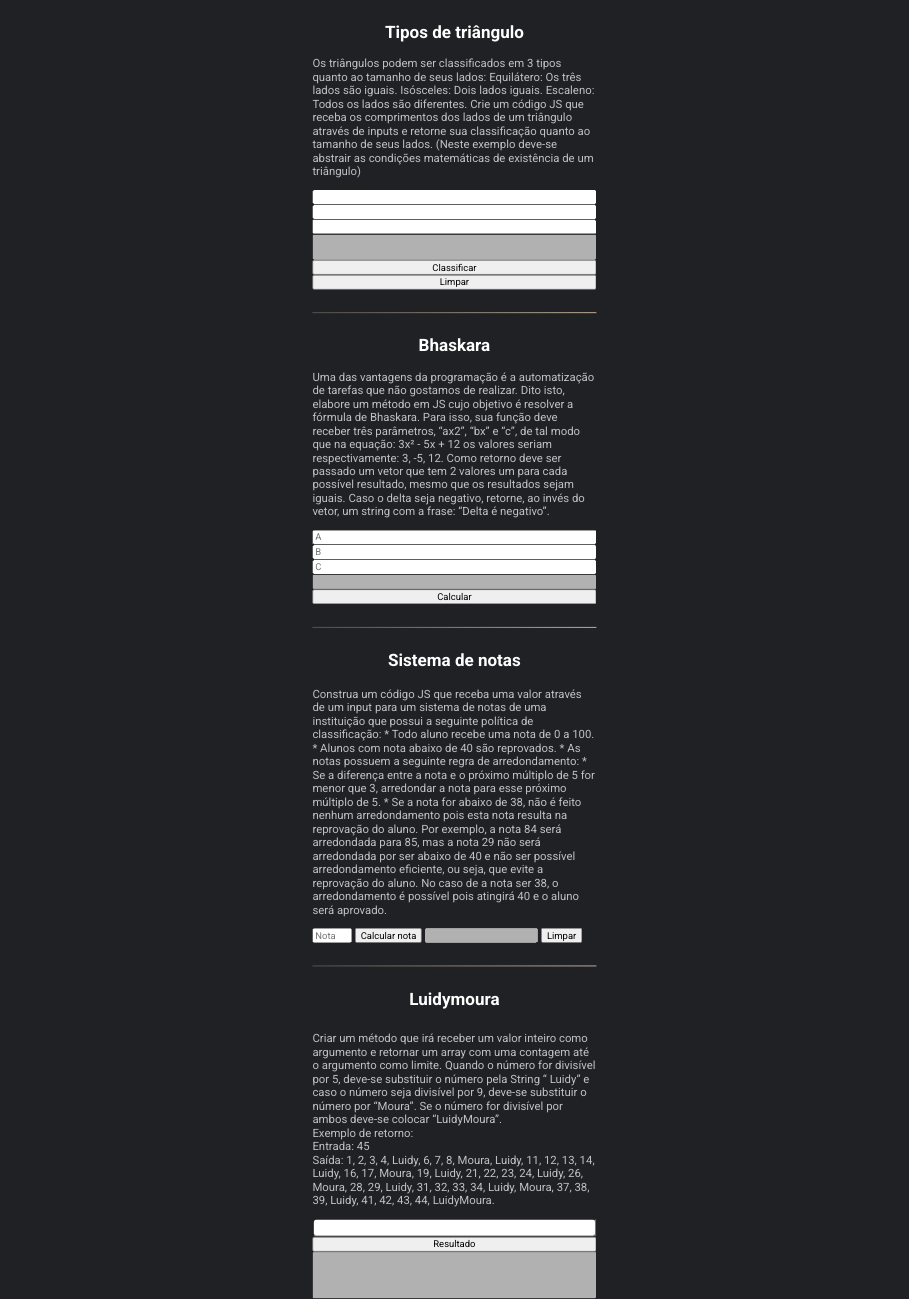
Repository: viviij/Fun-es-Simples-JavaScript
Page: index.html
The author's editor kept a copy of each file at every save. The page is drawn from the files as they stood at one save, then again after the next save.
The browser window is 1280 px wide. The pictures show the whole page, at 71% of full size.

Above is the page before, as saved 2022-08-26 21:22:57.

### index.html
<!DOCTYPE html>
<html lang="ptBR">
  <head>
    <meta charset="UTF-8">
    <link rel="preconnect" href="https://fonts.gstatic.com" crossorigin>
    <link rel="preconnect" href="https://fonts.googleapis.com">
    <meta http-equiv="X-UA-Compatible" content="IE=edge">
    <meta name="viewport" content="width=device-width, initial-scale=1.0">

    <link href="https://fonts.googleapis.com/css2?family=Roboto:wght@400;700&display=swap" rel="stylesheet">

    <link rel="stylesheet" href="styles.css">
    <title>Prova C3C</title>
  </head>
  <body>
    <div class="container">
      <section class="tipos_de_Triângulo">
        <header>
          <h1>Tipos de triângulo</h1>
          <p>
            Os triângulos podem ser classificados em 3 tipos quanto ao tamanho de seus lados:

            Equilátero: Os três lados são iguais.
            Isósceles: Dois lados iguais.
            Escaleno: Todos os lados são diferentes.

            Crie um código JS que receba os comprimentos dos lados de um triângulo através de inputs e retorne sua classificação quanto ao tamanho de seus lados. (Neste exemplo deve-se abstrair as condições matemáticas de existência de um triângulo)
          </p>

        </header>
        <div class="main">
          <input type="number" name="trianguloLado1" id="trianguloLado1"/>
          <input type="number" name="trianguloLado2" id="trianguloLado2"/>
          <input type="number" name="trianguloLado3" id="trianguloLado3"/>

          <textarea type="text" name="tipoDeTriangulo" id="tipoDeTriangulo" style="resize: none" disabled></textarea>

          <button id="classificacaoTriangulo">Classificar</button>
          <button id="limparInputBotao">Limpar</button>
        </div>
      </section>

      <div class="linhaDeDivisaoDasQuestoes"></div>

      <section class="Bhaskara">
        <header>
          <h2>Bhaskara</h2>
          <p>Uma das vantagens da programação é a automatização de tarefas que não gostamos de realizar. Dito isto, elabore um método em JS cujo objetivo é resolver a fórmula de Bhaskara.

            Para isso, sua função deve receber três parâmetros, “ax2”, “bx” e “c”, de tal modo que na equação: 3x² - 5x + 12 os valores seriam respectivamente: 3, -5, 12.

            Como retorno deve ser passado um vetor que tem 2 valores um para cada possível resultado, mesmo que os resultados sejam iguais.

            Caso o delta seja negativo, retorne, ao invés do vetor, um string com a frase: “Delta é negativo”.</p>
        </header>
        <div class="main">
          <input type="number" name="bhaskaraValorA" id="bhaskaraValorA" placeholder="A"/>
          <input type="number" name="bhaskaraValorB" id="bhaskaraValorB" placeholder="B"/>
          <input type="number" name="bhaskaraValorC" id="bhaskaraValorC" placeholder="C"/>

          <input type="text" name="resultadoBhaskara" id="resultadoBhaskara" disabled/>
          <button id="calcularBhaskara">Calcular</button>
        </div>
      </section>

      <div class="linhaDeDivisaoDasQuestoes"></div>

      <section class="Sistema de Notas">
        <header>
          <h3>Sistema de notas</h3>
          <p>Construa um código JS que receba uma valor através de um input para um sistema de notas de uma instituição que possui a seguinte política de classificação:

          * Todo aluno recebe uma nota de 0 a 100.
          * Alunos com nota abaixo de 40 são reprovados.
          * As notas possuem a seguinte regra de arredondamento:
            * Se a diferença entre a nota e o próximo múltiplo de 5 for menor que 3, arredondar a nota para esse próximo múltiplo de 5.
            * Se a nota for abaixo de 38, não é feito nenhum arredondamento pois esta nota resulta na reprovação do aluno.

          Por exemplo, a nota 84 será arredondada para 85, mas a nota 29 não será arredondada por ser abaixo de 40 e não ser possível arredondamento eficiente, ou seja, que evite a reprovação do aluno.
          No caso de a nota ser 38, o arredondamento é possível pois atingirá 40 e o aluno será aprovado.</p>
        </header>
        <div class="main">
          <input type="number" name="notaRecebida" id="notaRecebida"  min="0" max="100" placeholder="Nota"/>
          <button id="calcularNota">Calcular nota</button>

          <input type="text" name="arredondamentoNota" id="arredondamentoNota" disabled/>
          <button id="limparNota">Limpar</button>
        </div>
      </section>

      <div class="linhaDeDivisaoDasQuestoes"></div>

      <section class="LuidyMoura">
        <header>
          <h4>Luidymoura</h4>
          <p>Criar um método que irá receber um valor inteiro como argumento e retornar um array com uma contagem até o argumento como limite.

          Quando o número for divisível por 5, deve-se substituir o número pela String “ Luidy” e caso o número seja divisível por 9, deve-se substituir o número por  “Moura”.
          Se o número for divisível por ambos deve-se colocar “LuidyMoura”.
          <br/>
          Exemplo de retorno:
          <br/>

          Entrada:
          45
          <br/>

          Saída:
          1, 2, 3, 4, Luidy, 6, 7, 8, Moura, Luidy, 11, 12, 13, 14, Luidy, 16, 17, Moura, 19, Luidy, 21, 22, 23, 24, Luidy, 26, Moura, 28, 29, Luidy, 31, 32, 33, 34, Luidy, Moura, 37, 38, 39, Luidy, 41, 42, 43, 44, LuidyMoura.</p>
        </header>
        <div class="main">
          <input type="number" name="valorLuidyMoura" id="valorLuidyMoura">
          <button id="calculoLuidyMoura">Resultado</button>
          <textarea type="form" name="resultadoLuidyMoura" id="resultadoLuidyMoura" style="resize: none" disabled></textarea>
        </div>
      </section>
    </div>
    <script src="./js/tipos_de_triangulo.js"></script>
    <script src="./js/sistema_de_notas.js"></script>
    <script src="./js/luidymoura.js"></script>
    <script src="./js/bhaskara.js"></script>
  </body>
</html>

### styles.css
body {
  margin: 0;
  padding: 0;
  box-sizing: border-box;
  background: var(--background-color);
  display: flex;
  justify-content: center;
  font-family: 'Roboto', sans-serif;
  font-weight: 400;
}

body h1,
h2,
h3,
h4,
h5,
h6,
h7,
h8 {
  font-family: 'Roboto', sans-serif;
  font-weight: 700;
}

button,
input,
textarea,
select {
  outline: 0;
  font-family: 'Roboto', sans-serif;
  font-weight: 400;
}

a {
  text-decoration: none;
}

ul {
  list-style: none;
}

:root {
  /*CORES GLOBAIS*/
  --text-color: #bdc1c6;
  --background-color: #202124;
  --title-color: #ffffff;

}

.container section {
  max-height: auto;
  max-width: 400px;
}

section {
  color: var(--text-color);
  margin-top: 2rem;
}

.linhaDeDivisaoDasQuestoes {
  margin: 2rem 0;
}

.container .linhaDeDivisaoDasQuestoes {
  height: 1px;
  background: linear-gradient(270deg,
      hsla(33, 100%, 88%, 1) 0%,
      hsla(33, 65%, 88%, 0.34) 100%);
}

section h1,
h2,
h3,
h4,
h5 {
  display: flex;
  justify-content: center;
  font-size: 1.5rem;
  color: var(--title-color);
}

/*Tipos_de_Triângulo QUESTAO 1*/

.tipos_de_Triângulo .main {
  display: flex;
  flex-direction: column;
}


#trianguloLado1,
#trianguloLado2,
#trianguloLado3 {
  text-align: center;
}

.container .questao_2 {}

/*Bhaskara QUESTAO 2*/
.Bhaskara .main {
  display: flex;
  flex-direction: column;
}

/*Sistema de notas QUESTAO 3*/


/*LuidyMoura QUESTAO 4*/
.LuidyMoura .main {
  display: flex;
  flex-direction: column;
}

#tipoDeTriangulo {
  text-align: center;
}

#valorLuidyMoura {
  height: 20px;
  width: auto;
  box-shadow: none;
  border-radius: 5px;
  text-align: center;
}

#calculoLuidyMoura {
  width: 100%;
}

#resultadoLuidyMoura {
  height: 60px;

}

### js/tipos_de_triangulo.js
//Selecionando itens do HTML
const trianLado1 = document.querySelector("#trianguloLado1");
const trianLado2 = document.querySelector("#trianguloLado2");
const trianLado3 = document.querySelector("#trianguloLado3");
const tipoDeTrian = document.querySelector("#tipoDeTriangulo");
const classTrian = document.querySelector("#classificacaoTriangulo") ;
const limparInput = document.querySelector("#limparInputBotao");
//Marcar "erro" caso alguma resposta nao seja preenchida
trianLado1.onblur = () => {
  if(trianLado1.value == "") {
    trianLado1.style = "border-color: #aa0044";
  }else{
    trianLado1.style = "color: #000000";
  }
}

trianLado2.onblur = () => {
  if(trianLado2.value == "") {
    trianLado2.style = "border-color: #aa0044";
  }else{
    trianLado2.style = "color: #000000";
  }
}

trianLado3.onblur = () => {
  if(trianLado3.value == "") {
    trianLado3.style = "border-color: #aa0044";
  }else{
    trianLado3.style = "color: #000000";
  }
}

//Limpar input apos clicar no botao Limpar
limparInput.onclick = () => {
  trianLado1.value = "";
  trianLado2.value = "";
  trianLado3.value = "";
  tipoDeTrian.value = "";
}

//Classificar o tipo de triangulo apos clicar no botao Classificar
classTrian.onclick = () => {
  //Dar foco no input vazio
  if (trianLado1.value == "" && trianLado2.value != "" && trianLado3.value != "") {
    trianLado1.focus();
  }else if (trianLado2.value == "" && trianLado1.value != "" && trianLado3.value != "") {
    trianLado2.focus();
  }else if (trianLado3.value == "" && trianLado1.value != "" && trianLado2.value != "") {
    trianLado3.focus();
  }

  if(trianLado1.value != "" && trianLado2.value != "" && trianLado3.value != "") {

    if (trianLado1.value != trianLado2.value && trianLado1.value != trianLado3.value && trianLado2.value != trianLado3.value) {
      tipoDeTrian.value = "Escaleno: Todos os lados são diferentes.";

    }else if (trianLado1.value == trianLado2.value && trianLado1.value == trianLado3.value && trianLado2.value == trianLado3.value) {
      tipoDeTrian.value = "Equilátero: Os três lados são iguais.";

    }else{
      tipoDeTrian.value = "Isósceles: Dois lados iguais.";

    }
  }
}

### js/sistema_de_notas.js
const notaRec = document.querySelector("#notaRecebida");
const arreNota = document.querySelector("#arredondamentoNota");
const calcNota = document.querySelector("#calcularNota");
const limparNota = document.querySelector("#limparNota")

//Marcar "erro" caso alguma resposta nao seja preenchida
notaRec.onblur = () => {
  if(notaRec.value == "") {
    notaRec.style = "border-color: #aa0044";
  }else{
    notaRec.style = "color: #000000";
  }
}

//Limpar input apos clicar no botao Limpar
limparNota.onclick = () => {
  notaRec.value = "";
  arreNota.value = "";
}

calcNota.onclick = () => {
  //Dar foco no input vazio
  if (notaRec.value == "") {
    notaRec.focus();
  }
  if(notaRec.value != "") {
    //Função do calculo da nota
    if (notaRec.value > 100 || notaRec.value < 0) {
      arreNota.value = "Valor inválido! Por favor digite um numero de 0 a 100.";
    }else if (notaRec.value < 38) {
      return arreNota.value = "Nem com milagre esse ser vai passar :("
    }

    const tabuadaDo5 = [5, 10, 15, 20, 25, 30, 35, 40, 45, 50, 55, 60, 65, 70, 75, 80, 85, 90, 95, 100];

    for (let i in tabuadaDo5) {
      const int = (nota) => {
        nota = Number.parseFloat(nota);
        return nota
      }
      if (int(notaRec.value)+2 >= tabuadaDo5[i]) {
        arreNota.value = tabuadaDo5[i];
      }
    }
  }
}

### js/luidymoura.js
const valorLuidyM = document.querySelector("#valorLuidyMoura")
const resLuidyM = document.querySelector("#resultadoLuidyMoura")
const calcLuidyM = document.querySelector("#calculoLuidyMoura")
function range(n) {//Função responsavel po ir do 0 até o valor x
  const listaNumerica = []
  for (i = 0; i < n; i++) {
    listaNumerica.push(i+1)
  }

  return listaNumerica
}

//Marcar "erro" caso alguma resposta nao seja preenchida
valorLuidyM.onblur = () => {
  if(valorLuidyM.value == "") {
    valorLuidyM.style = "border-color: #aa0044";
  }else{
    valorLuidyM.style = "color: #000000";
  }
}

calcLuidyM.onclick = () => {
  //dar focus no input caso n tenha sido preenchido
  if (valorLuidyM.value == "") {
    valorLuidyM.focus();
  }

  //logica do luidymoura
  if (valorLuidyM != "") {
    contagem = range(valorLuidyM.value)

    //Divisivel por 9 e 5
    let lista = []
    for (let contador in contagem) {

      //divisivel apenas por 5
      if (contagem[contador] % 9 != 0 && contagem[contador] % 5 == 0) {
        lista.push("Luidy")
      }

      //Divisivel apenas por 9
      if (contagem[contador] % 9 == 0 && contagem[contador] % 5 != 0) {
        lista.push("Moura")
      }

      //divisivel por 5 e 9
      if (contagem[contador] % 9 == 0 && contagem[contador] % 5 == 0) {
        lista.push("LuidyMoura")
      }else if (contagem[contador] % 9 != 0 && contagem[contador] % 5 != 0){
        lista.push(contagem[contador])
      }
    }
    resLuidyM.value = lista
  }

}

### js/bhaskara.js
//Selecionando itens do HTML
const bhaskaVA = document.querySelector("#bhaskaraValorA");
const bhaskaVB = document.querySelector("#bhaskaraValorB");
const bhaskaVC = document.querySelector("#bhaskaraValorC");
const resBhaska = document.querySelector("#resultadoBhaskara");
const calcBhaska = document.querySelector("#calcularBhaskara");
//Marcar "erro" caso alguma resposta nao seja preenchida
bhaskaVA.onblur = () => {
  if(bhaskaVA.value == "") {
    bhaskaVA.style = "border-color: #aa0044";
  }else{
    bhaskaVA.style = "color: #000000";
  }
}

bhaskaVB.onblur = () => {
  if(bhaskaVB.value == "") {
    bhaskaVB.style = "border-color: #aa0044";
  }else{
    bhaskaVB.style = "color: #000000";
  }
}

bhaskaVC.onblur = () => {
  if(bhaskaVC.value == "") {
    bhaskaVC.style = "border-color: #aa0044";
  }else{
    bhaskaVC.style = "color: #000000";
  }
}

//Calcular os valores de bhaskara


calcBhaska.onclick = () => {
  //Dar foco no input vazio
  if (bhaskaVA.value == "" && bhaskaVB.value != "" && bhaskaVC.value != "") {
    bhaskaVA.focus();
  }else if (bhaskaVB.value == "" && bhaskaVA.value != "" && bhaskaVC.value != "") {
    bhaskaVB.focus();
  }else if (bhaskaVC.value == "" && bhaskaVA.value != "" && bhaskaVB.value != "") {
    bhaskaVC.focus();
  }

  if (bhaskaVC.value != "" && bhaskaVA.value != "" && bhaskaVB.value != ""){
    //Função de bhaskara
    const valorDelta = (bhaskaVB.value*bhaskaVB.value) - 4*bhaskaVA.value*(bhaskaVC.value);

    if(valorDelta < 0) {
      resBhaska.value = "Delta é negativo";
    }else{
      let calculoDeX = (-bhaskaVB.value+Math.sqrt(valorDelta))/(2*bhaskaVA.value);
      let calculoDeX2 = (-bhaskaVB.value-Math.sqrt(valorDelta))/(2*bhaskaVA.value);
      bhaskaVA.value = ""
      bhaskaVB.value = ""
      bhaskaVC.value = ""

      resBhaska.value = [calculoDeX, calculoDeX2];
    }
  }
}

After the next save:
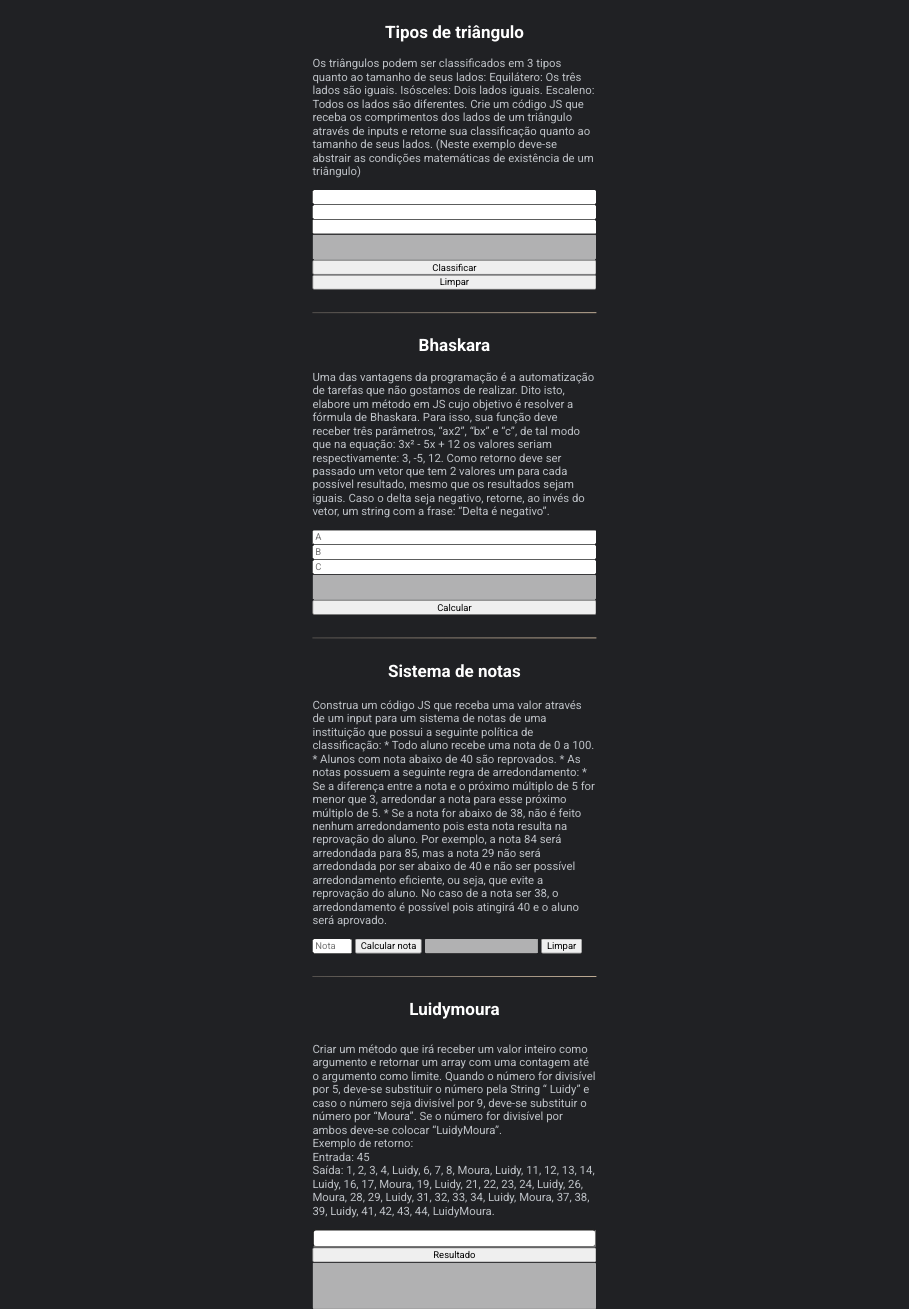
Saved 3 min 38 s later.
--- a/index.html
+++ b/index.html
@@ -58,7 +58,7 @@
           <input type="number" name="bhaskaraValorB" id="bhaskaraValorB" placeholder="B"/>
           <input type="number" name="bhaskaraValorC" id="bhaskaraValorC" placeholder="C"/>
 
-          <input type="text" name="resultadoBhaskara" id="resultadoBhaskara" disabled/>
+          <textarea type="text" name="resultadoBhaskara" id="resultadoBhaskara" style="resize: none" disabled></textarea>
           <button id="calcularBhaskara">Calcular</button>
         </div>
       </section>
